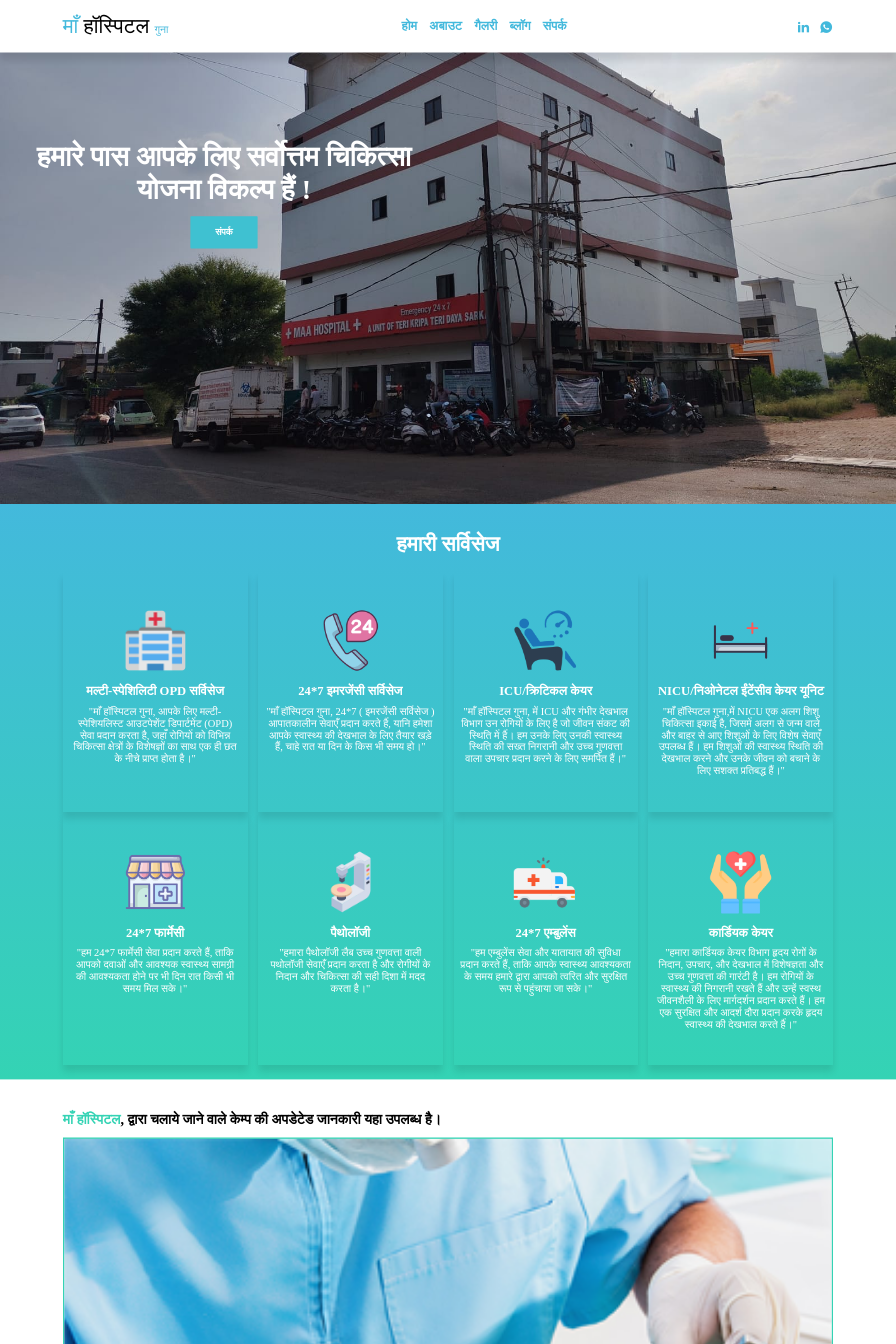
Repository: Aayush919/test
Page: index.html
The author's editor kept a copy of each file at every save. The page is drawn from the files as they stood at one save, then again after the next save.
The browser window is 1280 px wide. The pictures show the part of the page from y = 0 to 1920 px (the page is 4358 px tall), at 70% of full size.
Some web libraries are served in a nearby version.

Above is the page before, as saved 2023-10-15 12:51:05.
Console error: TypeError: Cannot read properties of null (reading 'addEventListener')

After the next save:
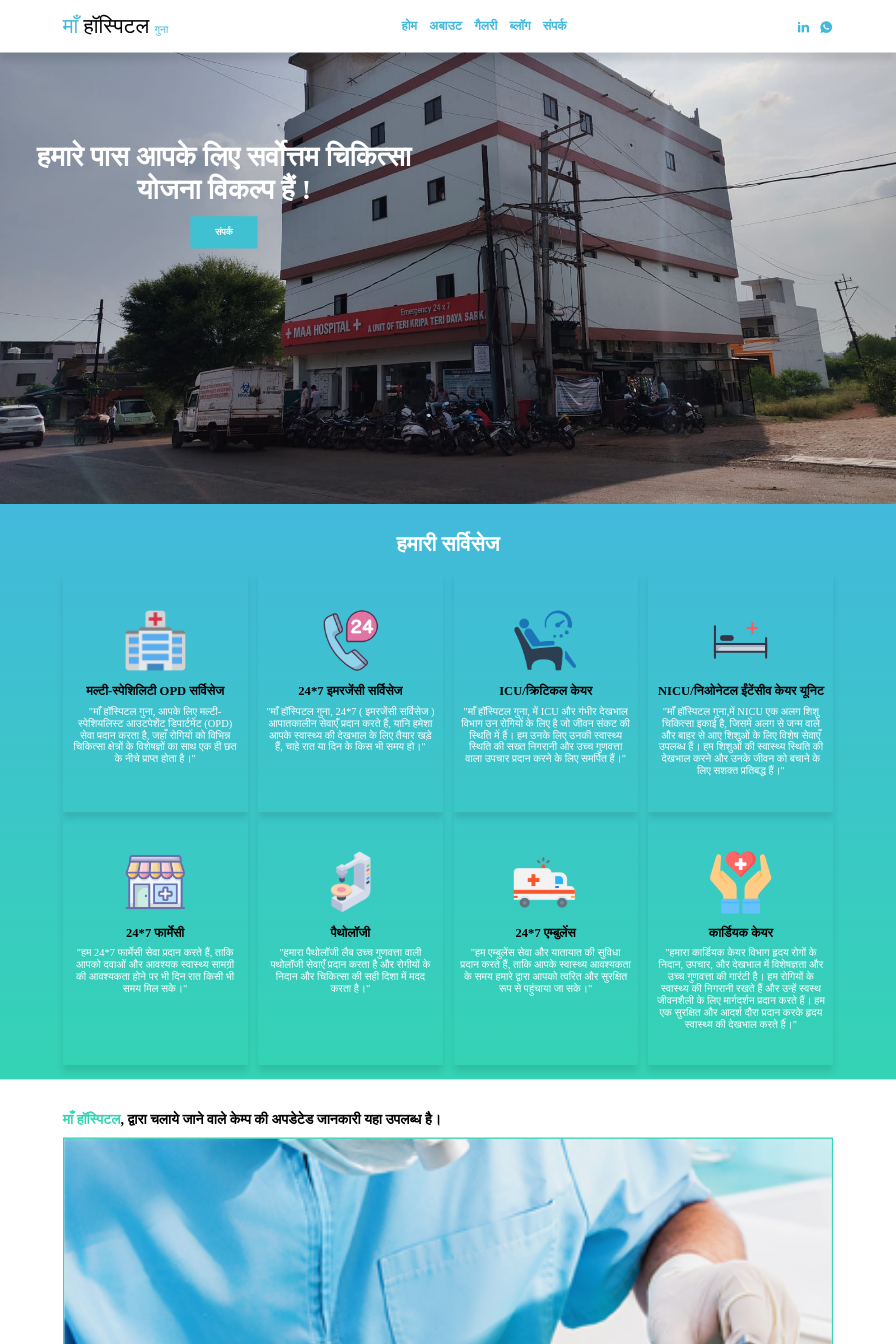
Saved 5 s later.
--- a/style.css
+++ b/style.css
@@ -131,7 +131,7 @@
 }
 
 .service-box h2{
-    color: #fff;
+    color: #000;
     font-size: 1.8rem;
     padding: 1rem 0;
 }

After the 2 saves that followed:
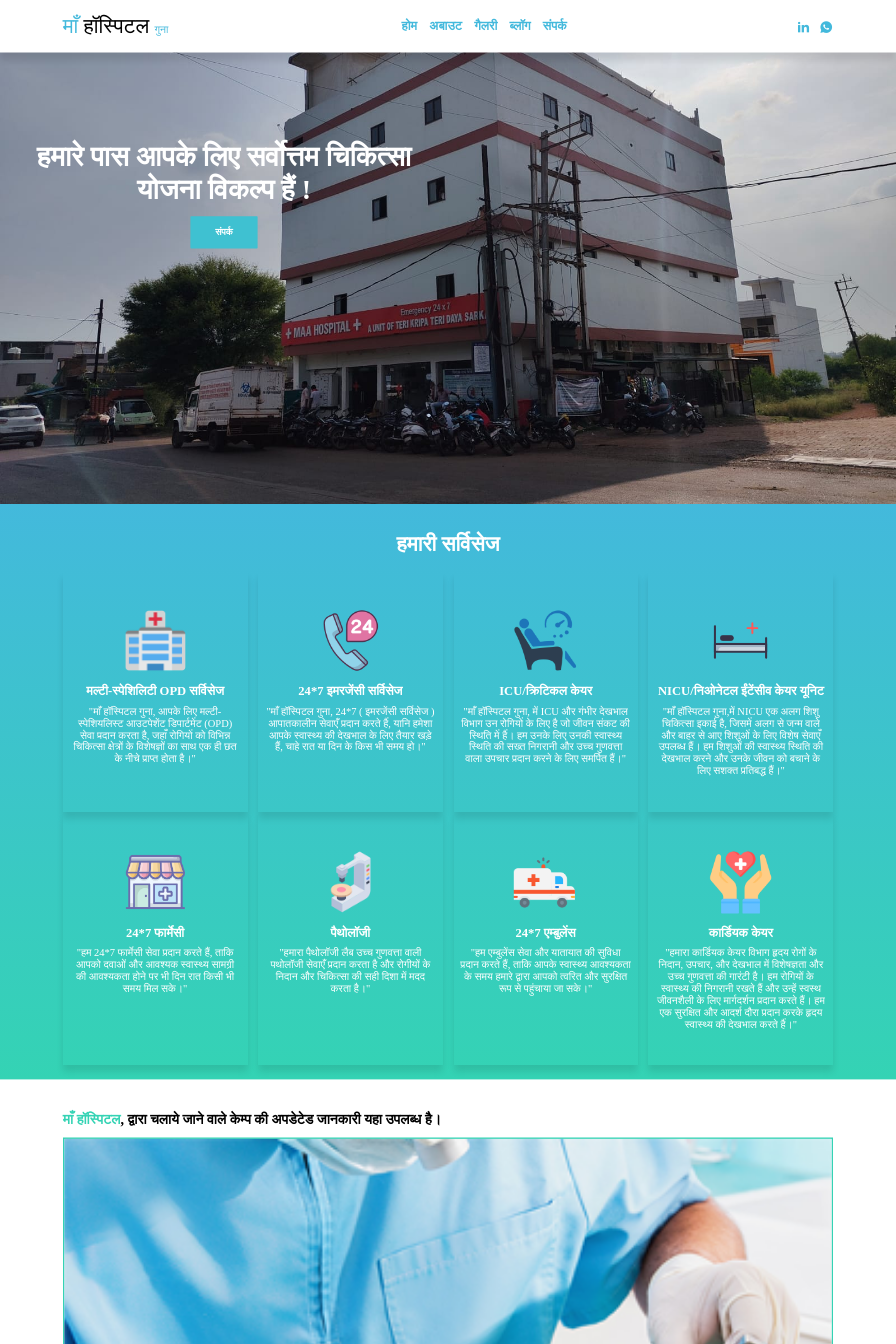
The 2 saves are shown as one change because they came seconds apart.
The last was saved 6 s later.
--- a/style.css
+++ b/style.css
@@ -131,7 +131,7 @@
 }
 
 .service-box h2{
-    color: #000;
+    color: #fff;
     font-size: 1.8rem;
     padding: 1rem 0;
 }
